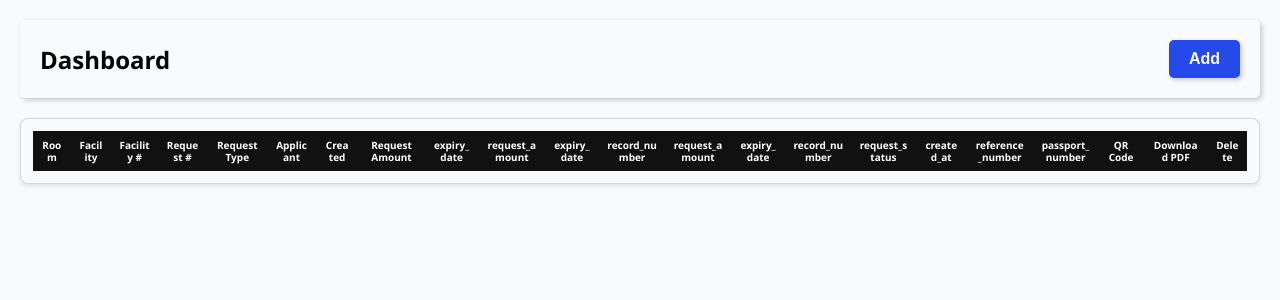
Repository: irfan-shah-sherani/Travel-Tour
Page: public/index.html
The author's editor kept a copy of each file at every save. The page is drawn from the files as they stood at one save, then again after the next save.
The browser window is 1280 px wide. The pictures show the whole page.
The page's requests for data from a server got no answer.

Above is the page before, as saved 2025-07-11 04:57:17.

After the next save:
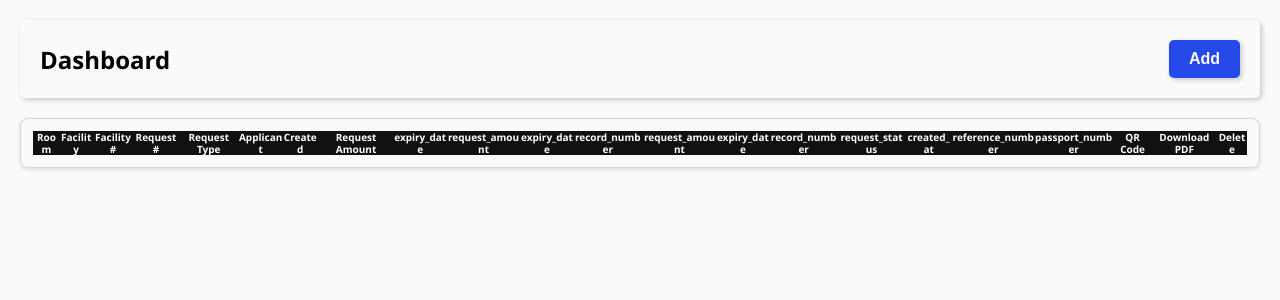
Saved 4 s later.
--- a/public/index.css
+++ b/public/index.css
@@ -167,7 +167,7 @@ table {
   color: #fff;
   font-weight: 600;
   font-size: 10px;
-  padding: 8px;
+  padding: px;
   text-align: center;
   vertical-align: middle;
   white-space: normal;
